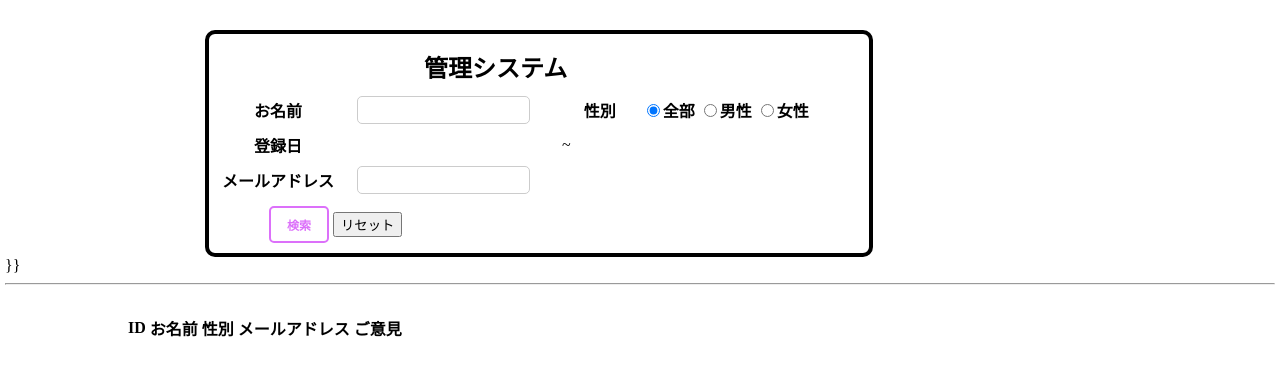
Repository: azuma2/kadai
Page: http://localhost/kanri
The author's editor kept a copy of each file at every save. The page is drawn from the files as they stood at one save, then again after the next save.
The browser window is 1280 px wide. The pictures show the whole page.
The page is served by the project's Laravel application, run on PHP 8.4 with Laravel 8. Other server files are loaded and not shown. Queries for data that is not in the repository find no rows.

Above is the page before, as saved 2022-06-02 01:34:02.

### routes/web.php
<?php

use Illuminate\Support\Facades\Route;
use App\Http\Controllers\TodoController;

Route::get('/', [TodoController::class, 'index']);
Route::get('/kakunin', [TodoController::class, 'index2']);
Route::get('/san', [TodoController::class, 'index3']);
Route::get('/kanri', [TodoController::class, 'index4']);

Route::post('/todo/create', [TodoController::class, 'create']);
Route::post('/todo/delete', [TodoController::class, 'remove']);



use App\Http\Controllers\AuthorController;
Route::get('/', [AuthorController::class, 'index']);
Route::post('/add', [AuthorController::class, 'create']);
Route::post('/edit', [AuthorController::class, 'update']);
Route::get('/edit', [AuthorController::class, 'edit']);



Route::get('/zz', [TodoController::class, 'zz0']);
Route::get('/kari', [TodoController::class, 'index2']);
Route::post('/kari', [TodoController::class, 'kari']);



Route::get('/test', [TodoController::class, 'index99']);
Route::post('/test', [TodoController::class, 'confirm']);
Route::post('/test/complete', [TodoController::class, 'complete']);

Route::post('/test/complete2', [TodoController::class, 'complete2']);

Route::get('/serch', [TodoController::class, 'serch'])
    ->name('posts.index');

### app/Http/Controllers/TodoController.php
<?php

namespace App\Http\Controllers;

use App\Models\Todo;
use Illuminate\Http\Request;
use Illuminate\Support\Facades\DB;
use Illuminate\Pagination\Paginator;
use Carbon\Carbon;

class TodoController extends Controller
{
    public function index(Request $request)
    {
        $items = Todo::all();

         $items = DB::select('select * from todos');
        return view('/');
    }


    public function index2(Request $request)
    {
        $items = Todo::all();
        return view('kakunin', compact('items'));
    }

    public function index3()
    {
        $items = Todo::all();
        return view('san', ['items' => $items]);
    }

    public function index4()
    {
        $items = Todo::all();
        $items = Todo::Paginate(10);
        return view('kanri', ['items' => $items]);
    }



    public function remove(Request $request)
    {
        Todo::find($request->id)->delete();
        return redirect('/kanri');
    }






public function zz0(Request $request)
    {
        $data = ['msg'=>"テキストボックスに入力してください。"];
        return view('/zz', $data);
    }

    public function kari(Request $request)
    {
        $data = $request->all();
        $request->session()->put($data);
        $data = [
            'fname'=>$request->fname,
            'name'=>$request->name,
            'gender'=>$request->gender,
            'email'=>$request->email,
            'postcode'=>$request->postcode,
            'address'=>$request->address,
            'building_name'=>$request->building_name,
            'opinion'=>$request->opinion,
            'msg'=>"入力値を元に表示しています。"

        ];
        return view('/kakunin', $data);
    }

        public function create(Request $request)
    {
        $this->validate($request, Todo::$rules);
        $form = $request->all();
        Todo::create($form);
        $param = [
            'fname' => $request->fname,
            'name' => $request->name,
            'gender'=>$request->gender,
            'email'=>$request->email,
            'postcode'=>$request->postcode,
            'address'=>$request->address,
            'building_name'=>$request->building_name,
            'opinion'=>$request->opinion,
        ];

        return view('/san', $param);
    }


public function complete2()
{
    $data = session()->all(); // ２）
    DB::table('todos')->insert([
            'fname' => $data["fname"],
            'name' => $data["name"],
            'gender'=>$data["gender"],
            'email'=>$data["email"],
            'postcode'=>$data["postcode"],
            'address'=>$data["address"],
            'building_name'=>$data["building_name"],
            'opinion'=>$data["opinion"]
    ]); // ３）
    return view('san');
}












public function serch(Request $request)
    {
        $keyword = $request->input('keyword');
        $keyword2 = $request->input('keyword2');
        $gender2 = $request->input('gender2');

        $query = Todo::query();

        if(!empty($keyword)) {
            $query->where('name', 'LIKE', "%{$keyword}%")
                ->orWhere('fname', 'LIKE', "%{$keyword}%");
        }

        if(!empty($keyword2)) {
            $query->where('email', 'LIKE', "%{$keyword2}%");
        }

        if(!empty($gender2)) {
            $query->where('gender', 'LIKE', "%{$gender2}%");
        }

        if (!empty($toki)){
            if(!empty($toki['from'])){
                $ltoki = Todo::now()->subYear($toki['from'])->format('Y-m-d');
                $query->where('updated_at', '<=', $ltoki);
            }
            if(!empty($toki['to'])){
                $ftoki = Todo::now()->subYear($toki['to'] + 1)->addDay()->format('Y-m-d');
                $query->where('updated_at', '>=', $ftoki);
            }
        }






        $items = $query->get();

        return view('kanri', compact('items', 'keyword'));
    }















    public function index99()
{
    return view('test');
}

// 確認フォーム
public function confirm(Request $request)
{
    $data = $request->all();
    $request->session()->put($data); // １）

    return view('confirm', compact("data"));
}

// 完了フォーム
public function complete()
{
    $data = session()->all(); // ２）
    DB::table('todos')->insert([

            'fname' => $data["fname"],
            'email' => $data["email"]
    ]); // ３）
    return view('complete');
}
}

### app/Models/Todo.php
<?php

namespace App\Models;

use Illuminate\Database\Eloquent\Factories\HasFactory;
use Illuminate\Database\Eloquent\Model;

class Todo extends Model
{
    use HasFactory;


    protected $fillable = ['fname', 'name', 'gender','email','postcode','address','building_name','opinion','created_at','updated_at'];

    public static $rules = array(
        'fname' => 'required',
        'name' => 'required',
        'gender' => 'required|max:20',
        'email' => 'required',
        'postcode' => 'required',
        'address' => 'required',
        'opinion' => 'required|max:200',
    );

    public function getDetail()
    {
        $txt = 'ID:'.$this->id . ' ' . $this->fname . '(' . $this->name .  '才'.') '.$this->gender.$this->email.$this->postcode.$this->address.$this->opinion;
        return $txt;
    }

}

### resources/views/kanri.blade.php
@extends('layouts.default')
<style>
.otoiawase{
    padding-left: 200px;
    margin: 5px;

}

form{
  margin: 0px;
}


.input{
    width: 80%;
    padding: 5px;
    border-radius: 5px;
    border: 1px solid #ccc;
    appearance: none;
    font-size: 14px;
    outline: none;
}

.input2{
    width: 90%;
    padding: 5px;
    border-radius: 5px;
    border: 1px solid #ccc;
    appearance: none;
    font-size: 14px;
    outline: none;
}

.input3{
    width: 90%;
    padding: 5px;
    border-radius: 5px;
    border: 1px solid #ccc;
    appearance: none;
    font-size: 14px;
    outline: none;
    height: 10em;
}



    .button {
    text-align: left;
    border: 2px solid #dc70fa;
    font-size: 12px;
    color: #dc70fa;
    background-color: #fff;
    font-weight: bold;
    padding: 8px 16px;
    border-radius: 5px;
    cursor: pointer;
    transition: 0.4s;
    outline: none;
        margin-left: 50px;
        margin-top: 5px;
}
    body {
      font-size:16px;
      margin: 30px;

    }


        td {
      padding: 5px 10px;
      text-align: center;
    }

    .narabe{
      padding: 20px;
      margin-left:100px ;

    }

    .button {
    text-align: left;
    border: 2px solid #dc70fa;
    font-size: 12px;
    color: #dc70fa;
    background-color: #fff;
    font-weight: bold;
    padding: 8px 16px;
    border-radius: 5px;
    cursor: pointer;
    transition: 0.4s;
    outline: none;
}

    .card {
    background-color: #fff;
    width: 50vw;
    padding: 10px;
    border-radius: 10px;
    border: 4px solid;
    margin-left: 200px;
    margin-top: 30px;
}
    h1 {
      font-size:32px;
      color:white;
      text-shadow:1px 0 5px #289ADC;
      margin-left: 1px
    }
    .content {
      margin:10px;
    }

    .th{
      border-bottom: solid;
    }

    table td {
    max-width: 300px;
    overflow: hidden;
    text-overflow: ellipsis;
    white-space: nowrap;
}

table td:hover {
    white-space: normal;
}


    svg.w-5.h-5 {  /*paginateメソッドの矢印の大きさ調整のために追加*/
    width: 30px;
    height: 30px;
    }

</style>
  <div class="card">
    <h2 class="otoiawase">管理システム</h2>
      <table>
        <tr>
          <th>
            お名前
          </th>
          <td>
    <form action="/serch" method="GET">
            @csrf
            <input type="text" class="input2" name="keyword" >
          </td>
          <td>

          </td>
          <th>
            性別
          </th>
          <td>
              <th class="radio">
                <label><input checked  type="radio" value="性"  name="gender2" {{ old("gender") == "性" ? 'checked' : ''}}>全部</label>
            </th>
            <th class="radio">
              <label><input type="radio"  value="男性" name="gender2" {{ old("gender") == "男性" ? 'checked' : ''}}>男性</label>
            </th>
            <th class="radio">
              <label><input type="radio" value="女性" name="gender2" {{ old("gender") == "女性" ? 'checked' : ''}}>女性</label>
          </td>
        </tr>
        <tr>
          <th>
            登録日
          </th>
          <td>


          </td>
          <td>
            ~
          </td>
          <td>

          </td>
        </tr>
        <tr>
          <th>
            メールアドレス
          </th>
          <td>
            <input type="text" class="input2"  name="keyword2">
          </td>
        </tr>
      </table>


  <input type="submit" class="button" value="検索">
  <input type="reset" value="リセット" onclick="location.href='/kanri'">
</form>

  </div>

{{ $items->appends(request()->query())->links()}} }}

  <hr>
  <div class="narabe">
    <table>
      <tr class="midasi">
        <th>ID</th>
        <th>お名前</th>
        <th>性別</th>
        <th>メールアドレス</th>
        <th>ご意見</th>
        <th></th>
      </tr>

      <tr>
        @foreach ($items as $item)
        <td>
          {{$item->id}}
        </td>
        <td>
          {{$item->fname}} {{$item->name}}
        </td>
        <td>
          {{$item->gender}}
        </td>
        <td>
          {{$item->email}}
        </td>
        <td>
          {{$item->opinion}}
        </td>
        <td>

          <form action="/todo/delete" method="post" >
              @csrf
            <input  type="hidden" name="id" value="{{$item->id}}" >
            <input class="button" type="submit" value="削除" >
          </form>
        </td>
      </tr>
    @endforeach
    </table>
  </div>

### resources/views/layouts/default.blade.php
<!DOCTYPE html>
<html lang="ja">
<head>
    <meta charset="UTF-8">
    <meta name="viewport" content="width=device-width, initial-scale=1.0">
    <title>@yield('title')</title>
    <style>
    body {
      font-size:16px;
      margin: 5px;
    }
    h1 {
      font-size:60px;
      color:white;
      text-shadow:1px 0 5px #289ADC;
      letter-spacing:-4px;
      margin-left: 10px
    }
    .content {
      margin:10px;
    }
    </style>
  </head>
  <body>
    <h1>@yield('title')</h1>
    <div class="content">
    @yield('content')
    </div>
</body>
</html>

Loaded but not shown: app/Http/Controllers/Controller.php (common file)

After the next save:
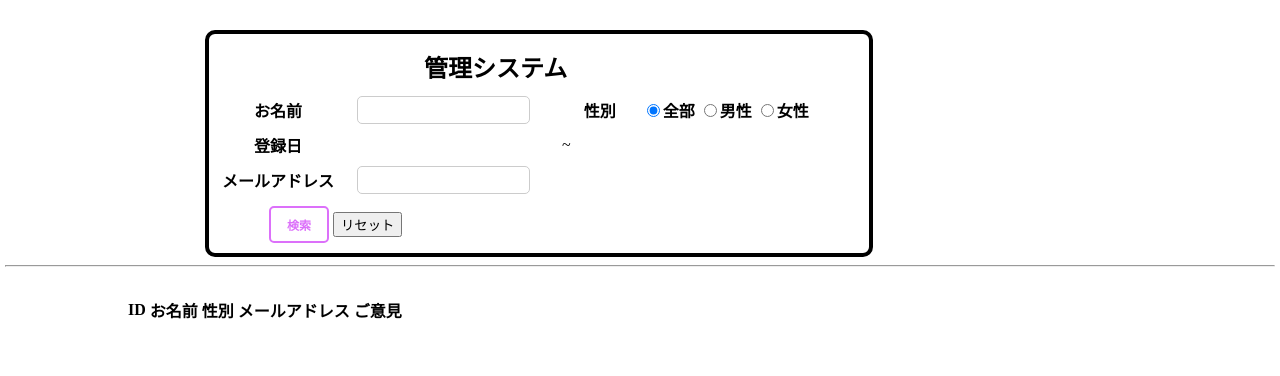
Saved 5 s later.
--- a/resources/views/kanri.blade.php
+++ b/resources/views/kanri.blade.php
@@ -193,7 +193,7 @@ table td:hover {
 
   </div>
 
-{{ $items->appends(request()->query())->links()}} }}
+{{ $items->appends(request()->query())->links() }}
 
   <hr>
   <div class="narabe">
